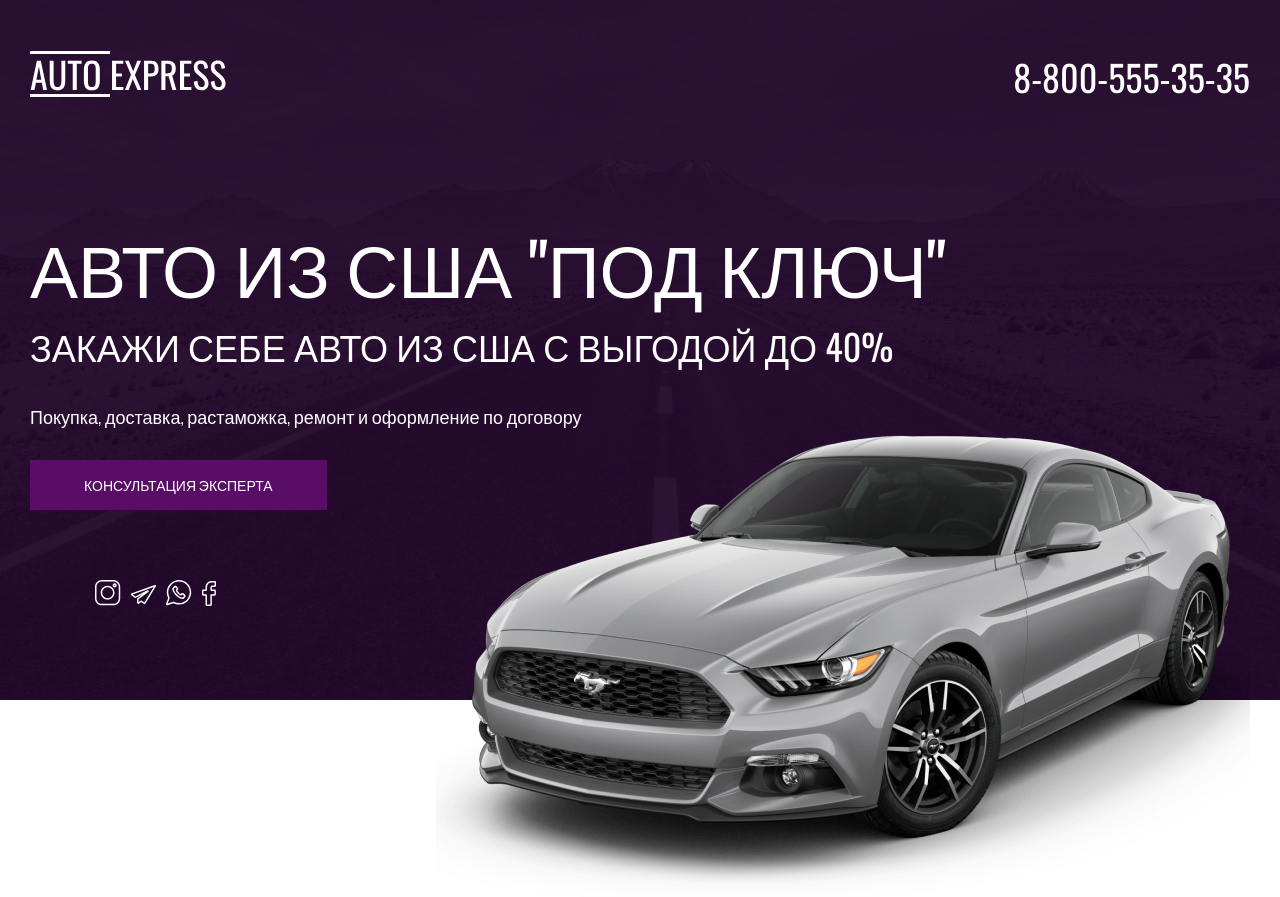
Repository: AlexandrLewandowski/site-1
Page: start/index.html
These files come from the project's save history. The page is drawn as it stood at one moment and after the next save; the edit follows.
The browser window is 1280 px wide. The pictures show the whole page.
The pointer rests on the first visible `.button`.

Above is the page before, as saved 2024-04-26 13:09:42.

### start/index.html
<!DOCTYPE html>
<html lang="en">
<head>
    <meta charset="UTF-8">
    <meta name="viewport" content="width=device-width, initial-scale=1.0">
    <meta http-equiv="X-UA-Compatible" content="ie=edge">
    <title>Mustang</title>
    <link rel="preconnect" href="https://fonts.googleapis.com">
    <link rel="preconnect" href="https://fonts.gstatic.com" crossorigin>
    <link href="https://fonts.googleapis.com/css2?family=Oswald:wght@300;400&display=swap" rel="stylesheet">
    <link rel="stylesheet" href="css/reset.css">
    <link rel="stylesheet" href="css/slick.css">
    <link rel="stylesheet" href="css/jquery.fancybox.css">
    <link rel="stylesheet" href="css/style.css">
</head>
<body>

<header class="header">
    <div class="container">
        <div class="header__top">
            <a class="logo" href="#" >
                <img class="logo__img" src="images/logo.svg" alt="logo">
            </a>
            <a class="phone" href="tel:88005553535" >8-800-555-35-35</a>
        </div>
        <div class="header__content">
            <h1 class="header__title">
                Авто из США "под ключ"
            </h1>
            <h2 class="header__subtitle">
                Закажи себе авто из США с выгодой до 40%
            </h2>
            <p class="header__text">
                Покупка, доставка, растаможка, ремонт и оформление по договору
            </p>
            <a class="button" href="#">консультация эксперта</a>
            <div class="header__social">
                <a class="header__social-link" href="#">
                    <img class="header__social-img"src="images/icon/instagram.svg" alt="">
                </a>
                <a class="header__social-link" href="#">
                    <img class="header__social-img"src="images/icon/telegram.svg" alt="">
                </a>
                <a class="header__social-link" href="#">
                    <img class="header__social-img"src="images/icon/whatsapp.svg" alt="">
                </a>
                <a class="header__social-link" href="#">
                    <img class="header__social-img"src="images/icon/facebook.svg" alt="">
                </a>
            </div>
            <img class="header__images" src="images/ford-mustang.png" alt="ford mustang">
        </div>
    </div>
</header>

    <script src="https://ajax.googleapis.com/ajax/libs/jquery/3.4.1/jquery.min.js"></script>
    <script src="js/slick.min.js"></script>
    <script src="js/jquery.fancybox.min.js"></script>
    <script src="js/main.js"></script>
</body>
</html>

### start/css/style.css
*,
*::after
*::before{
    box-sizing: border-box;
}

body {
    font-family: "Oswald", sans-serif;
    font-size: 18px;
    line-height: 27px;
    font-weight: 300;
    color:#2C2B2B;
}
a{
    text-decoration: none;
    color:inherit;
    display: inline-block;
}

.container{
    max-width: 1220px;
    margin: 0 auto;
    padding: 0 10px;
}

.header{
    background-image: url(../images/header-bg.jpg);
    background-repeat: no-repeat;
    background-size: cover;
    background-position: top center;
    min-height: 700px;
    color: #fff;
}

.header__top{
    padding: 47px 0 46px;
    display: flex;
    justify-content: space-between;
    align-items: center;
}

.phone{
    font-weight: 400;
    font-size: 36px;
    line-height: 54px;
}

.header__content{
    padding-top: 60px;
    position: relative;
}

.header__title{
    font-size: 72px;
    font-weight: 400;
    line-height: 107px;
    text-transform: uppercase;
}

.header__subtitle{
    font-size: 36px;
    line-height: 54px;
    font-weight: 400;
    text-transform: uppercase;
    margin-bottom: 30px;
}

.header__text{
    margin-bottom: 30px;
    max-width: 800px;
}

.button{
    font-size: 14px;
    line-height: 21px;
    text-transform: uppercase;
    padding: 14px 54px 15px;
    background-color: #5A0D67;
}

.button:hover{
    background-color: #fff;
    background-color: #5A0D67;
}

.header__social{
    padding: 70px 0 20px 65px;;
    display: flex;
    align-items: center;
}

.header__social-link{
    margin-right: 10px;
}

.header__images{
    position: absolute;
    right: 0;
    bottom: -265px;
}

Loaded but not shown: start/css/reset.css (common file); start/css/slick.css (common file); start/css/jquery.fancybox.css (library); start/js/slick.min.js (library); start/js/jquery.fancybox.min.js (library); start/js/main.js (common file)

After the next save:
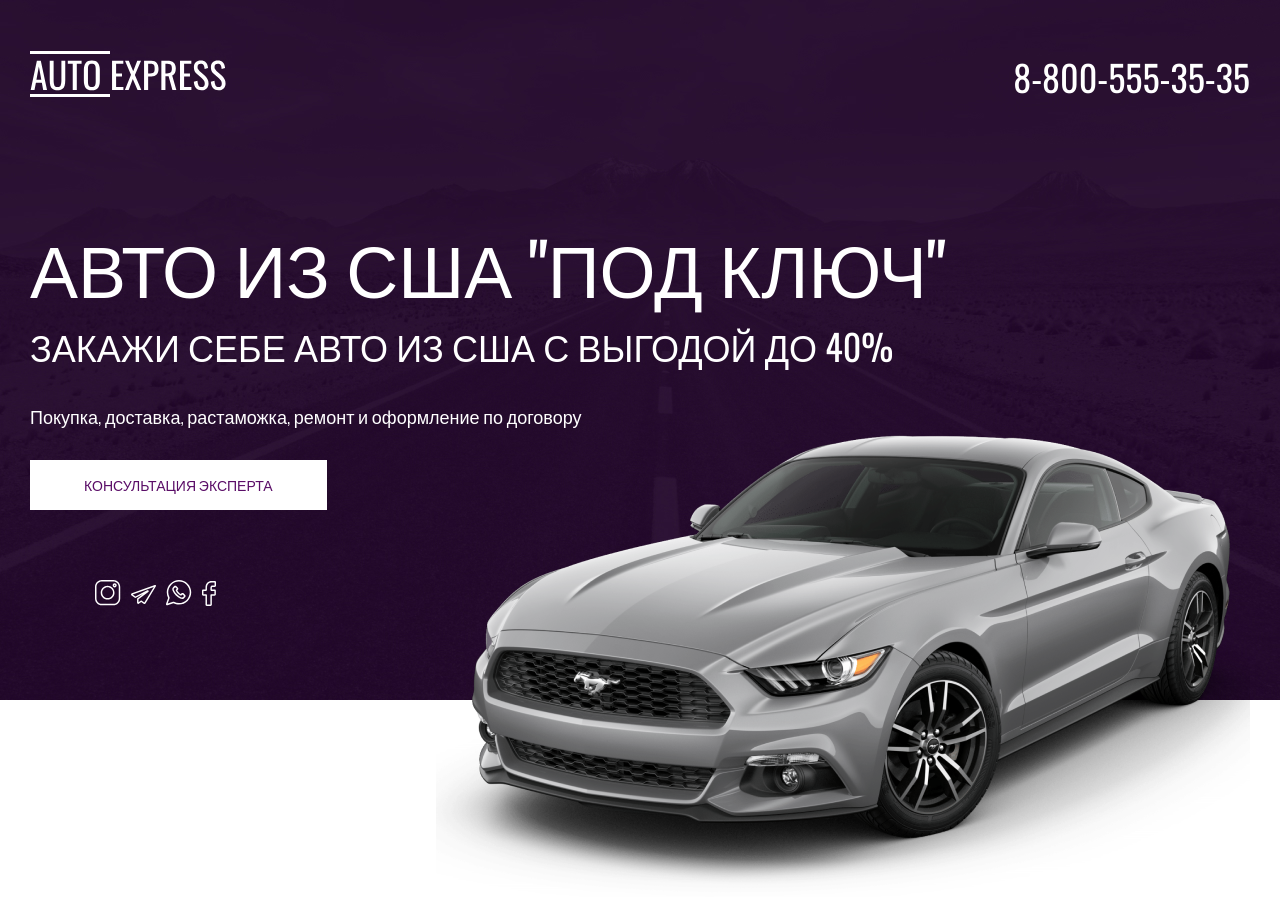
Saved 41 s later.
--- a/start/css/style.css
+++ b/start/css/style.css
@@ -79,8 +79,8 @@
 }
 
 .button:hover{
+    color: #5A0D67;
     background-color: #fff;
-    background-color: #5A0D67;
 }
 
 .header__social{
